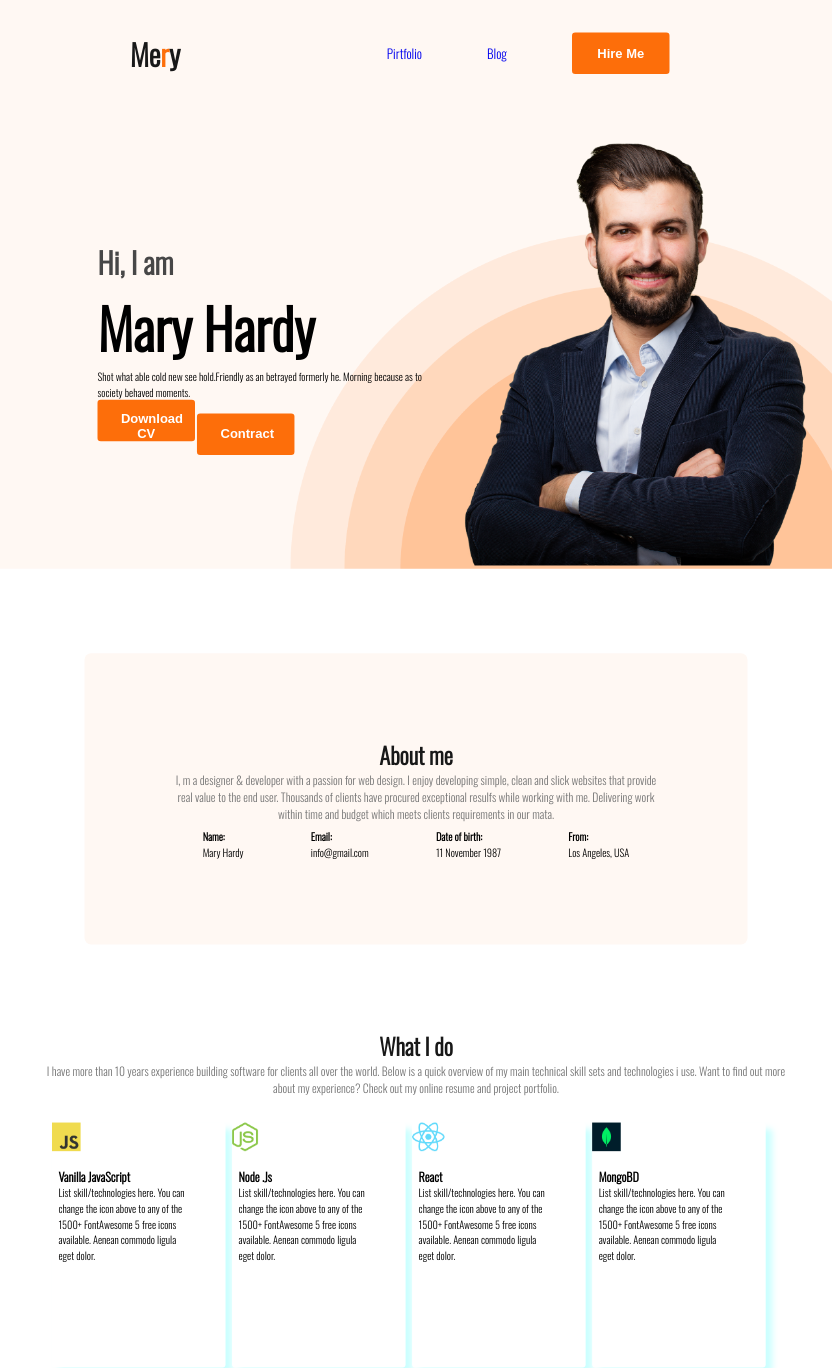
Repository: sumonkumarsarkar/my-website-personal
Page: index.html
An editor plug-in stored every save of this project. The page is shown before and after the next save, followed by the edit.
The browser window is 1280 px wide. The pictures show the whole page, at 65% of full size.

Above is the page before, as saved 2024-01-06 15:23:31.

### index.html
<!DOCTYPE html>
<html lang="en">
  <head>
    <meta charset="UTF-8" />
    <meta name="viewport" content="width=device-width, initial-scale=1.0" />
    <title>My Personal Website</title>
    <link rel="preconnect" href="https://fonts.googleapis.com" />
    <link rel="preconnect" href="https://fonts.gstatic.com" crossorigin />
    <link
      href="https://fonts.googleapis.com/css2?family=Open+Sans:wght@700;800&family=Oswald:wght@300&display=swap"
      rel="stylesheet"
    />
    <link rel="stylesheet" href="./style.css" />
  </head>
  <body>
    <header class="header">
      <nav>
        <h3 class="nav-title">Me<span class="text-primary">r</span>y</h3>
        <ul>
          <li><a href="#">Pirtfolio</a></li>
          <li><a href="#">Blog</a></li>
          <li><button type="button" class="btn-button">Hire Me</button></li>
        </ul>
      </nav>

      <div class="banner">
        <div class="banner-part">
          <h3 class="banner-greeting">Hi, I am</h3>
          <h1 class="banner-title">Mary Hardy</h1>
          <p>
            Shot what able cold new see hold.Friendly as an betrayed formerly
            he. Morning because as to society behaved moments.
          </p>
          <button type="button" class="btn-button">Download CV</button>
          <button class="btn-button" type="button">Contract</button>
        </div>
        <div>
          <img class="profile-picture" src="./images/hardy.png" alt="" />
        </div>
      </div>
    </header>

    <!-- main section  -->

    <main>
      <section class="about">
        <h3 class="section-title">About me</h3>
        <p class="section-description">
          I, m a designer & developer with a passion for web design. I enjoy
          developing simple, clean and slick websites that provide real value to
          the end user. Thousands of clients have procured exceptional resulfs
          while working with me. Delivering work within time and budget which
          meets clients requirements in our mata.
        </p>

        <div class="about-info-container">
          <div class="about-info">
            <h4 class="info-titlt">Name:</h4>
            <p>Mary Hardy</p>
          </div>
          <div class="about-info">
            <h4 class="info-titlt">Email:</h4>
            <p>info@gmail.com</p>
          </div>
          <div class="about-info">
            <h4 class="info-titlt">Date of birth:</h4>
            <p>11 November 1987</p>
          </div>
          <div class="about-info">
            <h4 class="info-titlt">From:</h4>
            <p>Los Angeles, USA</p>
          </div>
        </div>
      </section>

      <section class="what-section">
        <h3 class="section-title">What I do</h3>
        <p class="section-description">
          I have more than 10 years experience building software for clients all
          over the world. Below is a quick overview of my main technical skill
          sets and technologies i use. Want to find out more about my
          experience? Check out my online resume and project portfolio.
        </p>

        <div class="skill-container">
          <div class="skill">
            <img src="./images/icons/js.png" alt="" />
            <div class="skill-item">
              <h3 class="skill-title">Vanilla JavaScript</h3>
              <p class="skill-description">
                List skill/technologies here. You can change the icon above to
                any of the 1500+ FontAwesome 5 free icons available. Aenean
                commodo ligula eget dolor.
              </p>
            </div>
          </div>
          <div class="skill">
            <img src="./images/icons/nodejs.png" alt="" />
            <div class="skill-item">
              <h3 class="skill-title">Node .Js</h3>
              <p class="skill-description">
                List skill/technologies here. You can change the icon above to
                any of the 1500+ FontAwesome 5 free icons available. Aenean
                commodo ligula eget dolor.
              </p>
            </div>
          </div>
          <div class="skill">
            <img src="./images/icons/react.png" alt="" />
            <div class="skill-item">
              <h3 class="skill-title">React</h3>
              <p class="skill-description">
                List skill/technologies here. You can change the icon above to
                any of the 1500+ FontAwesome 5 free icons available. Aenean
                commodo ligula eget dolor.
              </p>
            </div>
          </div>
          <div class="skill">
            <img src="./images/icons/mongo.png" alt="" />
            <div class="skill-item">
              <h3 class="skill-title">MongoBD</h3>
              <p class="skill-description">
                List skill/technologies here. You can change the icon above to
                any of the 1500+ FontAwesome 5 free icons available. Aenean
                commodo ligula eget dolor.
              </p>
            </div>
          </div>
        </div>
      </section>
    </main>
  </body>
</html>

### style.css
* {
  margin: 0;
  padding: 0;
}
body {
  font-family: "Open Sans", sans-serif;
  font-family: "Oswald", sans-serif;
}
nav {
  display: flex;
  align-items: center;
  justify-content: space-between;
  margin: 0 200px;
}

.nav-title {
  font-size: 45px;
  color: #181818;
  line-height: normal;
  font-weight: 800;
}
.text-primary {
  color: #fd6e0a;
}
nav ul {
  display: flex;
  align-items: center;
}
nav a {
  text-decoration: none;
}
nav li {
  list-style: none;
  margin: 50px;
  font-size: 20px;
  color: #474747;
  text-align: center;
}

.section-title {
    color:#181818;
    text-align: center;
    font-size: 35px;
    font-weight: 700;
}
.section-description{
    color:#757575;
    text-align: center;
    font-size: 18px;

}

.btn-button {
  height: 64px;
  width: 150px;
  color: #ffff;
  background: #fd6e0a;
  border-radius: 5px;
  font-size: 20px;
  border: 0;
  font-weight: 700;
  padding: 18px 36px;
}

.header {
  background: #fff8f3;
  background-image: url(./images/header_bg.png);
  background-repeat: no-repeat;
  background-position: bottom right;
}
.banner {
  padding: 30px 30px 0 150px;
  display: flex;
  align-items: center;
  justify-content: space-between;
}
.banner-part {
  max-width: 500px;
}
.banner .profile-picture {
  height: 676px;
  width: 584px;
}
.banner-greeting {
  font-size: 45px;
  color: #474747;
  margin-bottom: 5px;
}
.banner-title {
  font-size: 85px;
  font-weight: 700;
  margin-top: 5px;
}

/* main section   */

main{
    max-width: 1140;
    margin: 0 auto;
}

/* about section  */
.about {
  padding: 130px;
  border-radius:10px;
  background: #fff8f3;
  margin:130px ;
}
.about-info-container{
    display: flex;
    justify-content:space-around;
    margin-top: 10px;
}
.about-info-container h4{
    margin: 0 auto;
}

.what-section{
    max-width: 1140px;
    margin: 0 auto;
}
.skill-container{
    display:flex;
    margin-top:40px;

}
.skill{
    height: 377px;
    width: 267px;
    background: #FFFFFF;
    border-radius: 5px;
    margin-left: 10px;
    box-shadow:10px 10px 10px rgba(122, 333, 455, .4);
}
.kill img{
    height:40px;
    width: 40px;
    margin-top:50px;
    padding: 10px;
}
.kill img{

    margin-top: 10px;
    padding: 10px;
}
.skill .skill-item{
    width: 204px;
    height: 243px;
    margin-top: 10px;
    padding: 10px;
}

After the next save:
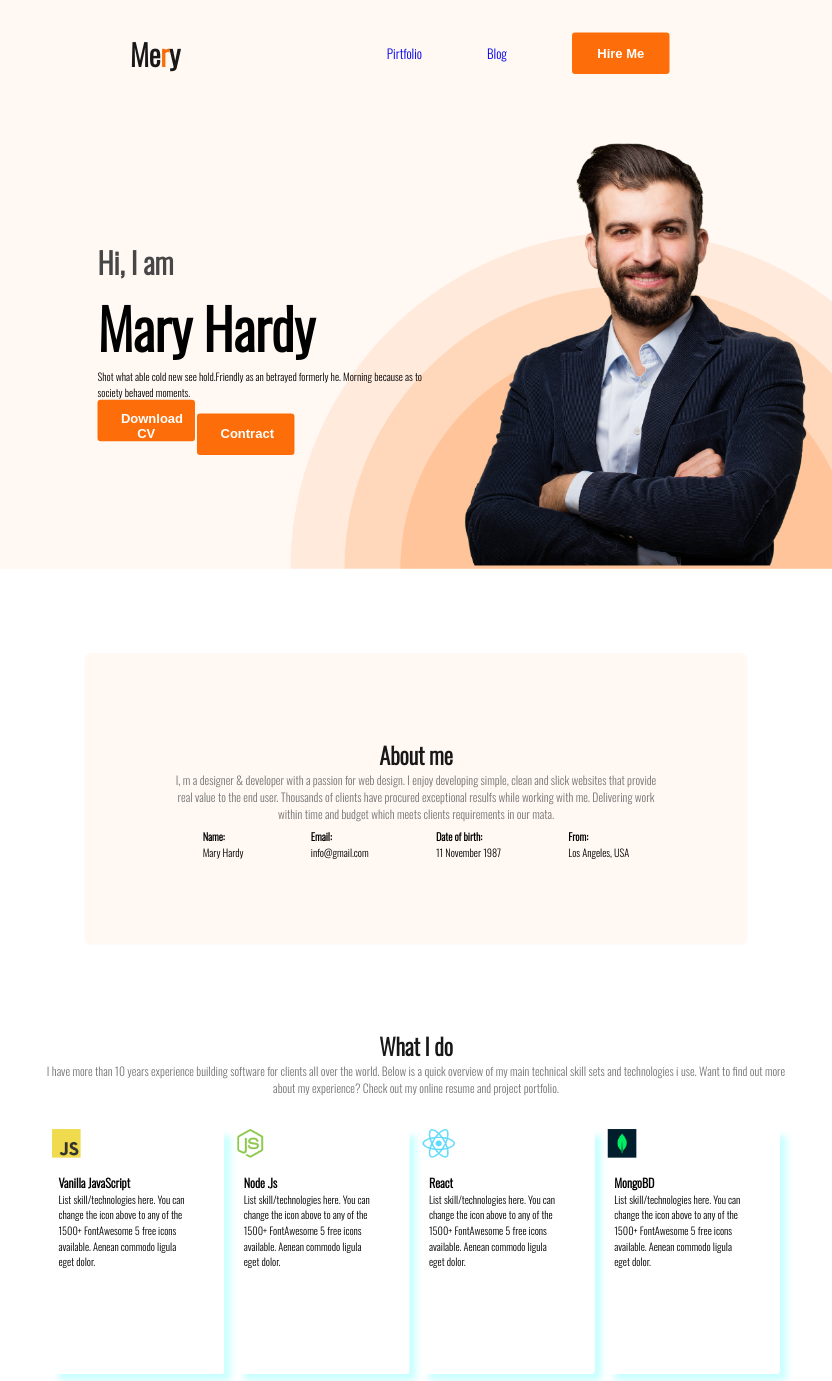
Saved 31 s later.
--- a/style.css
+++ b/style.css
@@ -129,7 +129,7 @@ main{
     width: 267px;
     background: #FFFFFF;
     border-radius: 5px;
-    margin-left: 10px;
+    margin: 10px;
     box-shadow:10px 10px 10px rgba(122, 333, 455, .4);
 }
 .kill img{
